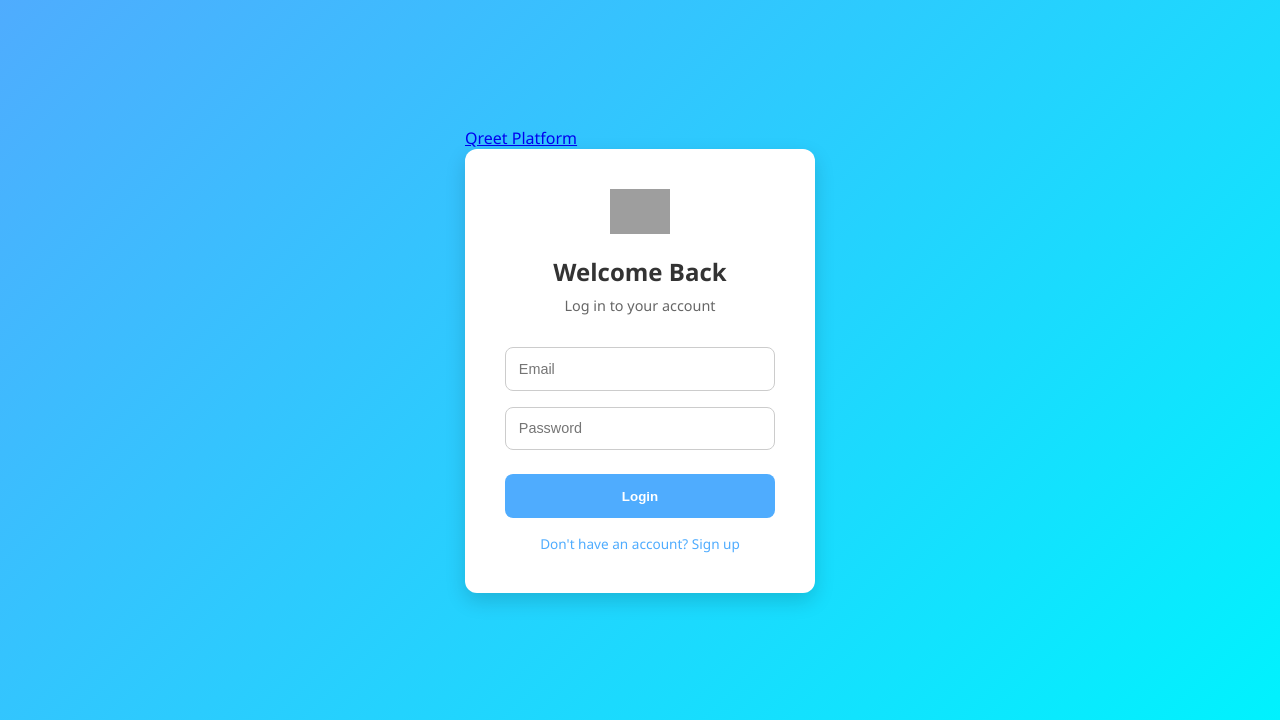
Repository: Ndegwa2/Soluschool
Page: /auth/login (app in frontend/)
The author's editor kept a copy of each file at every save. The page is drawn from the files as they stood at one save, then again after the next save.
The browser window is 1280 px wide. The pictures show the whole page.
Pictures or frames that could not be fetched are drawn as grey boxes. The project was rebuilt for these pictures with package versions that can differ from the ones it lists, and the page was loaded fresh each time. The framework's server and built-in components were replaced by stand-ins that run in the browser. Also part of the build but not shown: frontend/next.config.mjs. Imported but missing from the stored project, and not drawn on this page: frontend/lib/config.

Above is the page before, as saved 2025-10-04 22:23:18.

After the next save:
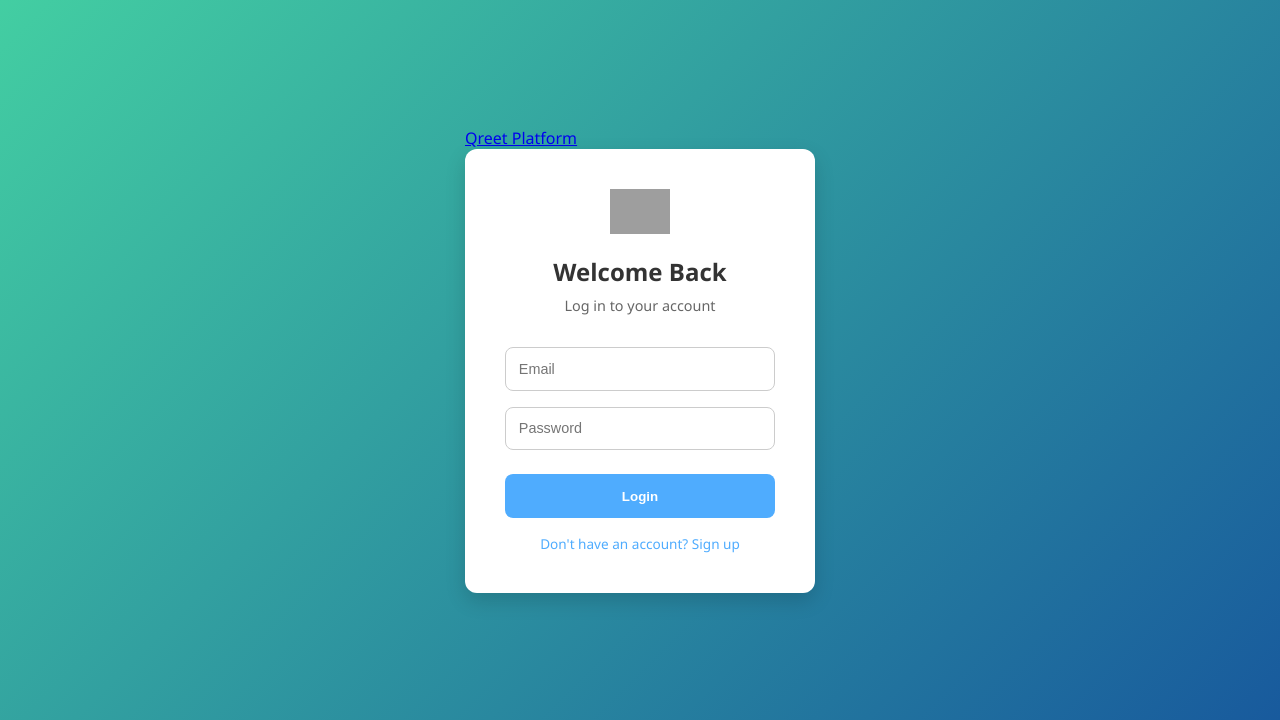
Saved 2 min 32 s later.
--- a/frontend/styles/globals.css
+++ b/frontend/styles/globals.css
@@ -130,3 +130,109 @@ code {
     transform: translateY(0);
   }
 }
+
+/* Dashboard styles */
+body {
+  font-family: 'Segoe UI', Tahoma, Geneva, Verdana, sans-serif;
+  background: linear-gradient(135deg, #43cea2, #185a9d);
+  margin: 0;
+  padding: 0;
+  min-height: 100vh;
+  display: flex;
+  flex-direction: column;
+}
+
+/* Navbar */
+.navbar {
+  display: flex;
+  justify-content: space-between;
+  align-items: center;
+  background: rgba(255, 255, 255, 0.1);
+  padding: 1rem 2rem;
+  color: #fff;
+}
+
+.navbar h1 {
+  font-size: 1.2rem;
+  font-weight: bold;
+}
+
+.nav-links a {
+  margin-left: 1rem;
+  color: #fff;
+  text-decoration: none;
+  font-size: 0.9rem;
+}
+
+.nav-links a:hover {
+  text-decoration: underline;
+}
+
+/* Dashboard container */
+.dashboard {
+  flex: 1;
+  padding: 2rem;
+  display: grid;
+  grid-template-columns: repeat(auto-fit, minmax(220px, 1fr));
+  gap: 1.5rem;
+}
+
+/* Stat cards */
+.card {
+  background: #fff;
+  border-radius: 12px;
+  padding: 1.5rem;
+  box-shadow: 0 4px 12px rgba(0,0,0,0.1);
+  text-align: center;
+  animation: fadeIn 0.6s ease;
+}
+
+.card h3 {
+  margin: 0;
+  font-size: 1rem;
+  color: #333;
+}
+
+.card p {
+  margin-top: 0.5rem;
+  font-size: 1.5rem;
+  font-weight: bold;
+  color: #185a9d;
+}
+
+/* Quick actions */
+.actions {
+  grid-column: span 2;
+  background: #fff;
+  border-radius: 12px;
+  padding: 1.5rem;
+  box-shadow: 0 4px 12px rgba(0,0,0,0.1);
+}
+
+.actions h3 {
+  margin-bottom: 1rem;
+  font-size: 1rem;
+  color: #333;
+}
+
+.actions button {
+  margin-right: 1rem;
+  padding: 0.7rem 1.2rem;
+  border: none;
+  border-radius: 8px;
+  background: #43cea2;
+  color: white;
+  cursor: pointer;
+  font-size: 0.9rem;
+  transition: background 0.3s;
+}
+
+.actions button:hover {
+  background: #2bb673;
+}
+
+/* Animation */
+@keyframes fadeIn {
+  from { opacity: 0; transform: translateY(15px); }
+  to { opacity: 1; transform: translateY(0); }
+}
